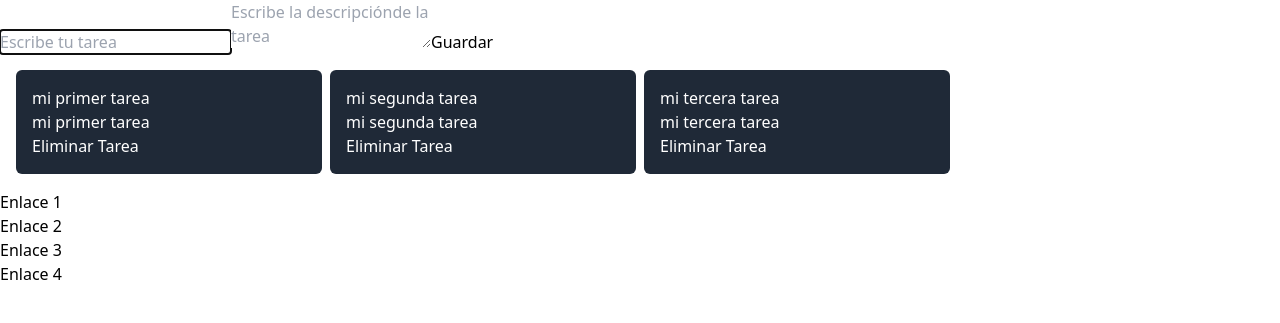
Repository: Ciromontes/AgendaTuTarea
Page: /
An editor plug-in stored every save of this project. The page is shown before and after the next save, followed by the edit.
The browser window is 1280 px wide. The pictures show the whole page.
The project was rebuilt for these pictures with package versions that can differ from the ones it lists, and the page was loaded fresh each time. Also part of the build but not shown: vite.config.js.

Above is the page before, as saved 2023-09-19 06:53:58.

After the next save:
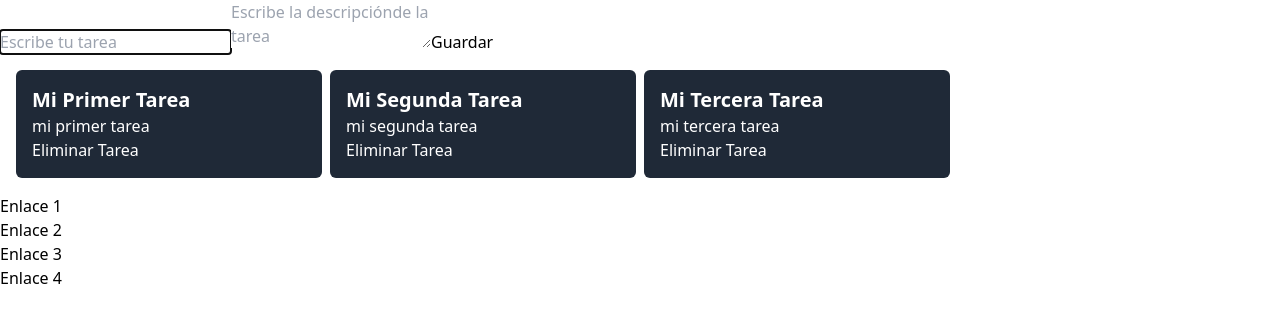
Saved 86 s later.
--- a/src/components/TaskCard.jsx
+++ b/src/components/TaskCard.jsx
@@ -5,7 +5,7 @@ function TaskCard({ task }) {
     return (
 
         <div className='bg-gray-800 text-white p-4 rounded-md'>
-            <h1>{task.title}</h1>
+            <h1 className='text-xl font-bold capitalize'>{task.title}</h1>
             <p>{task.description}</p>
             <button onClick={() => deleteTask(task.id)}>
                 Eliminar Tarea
